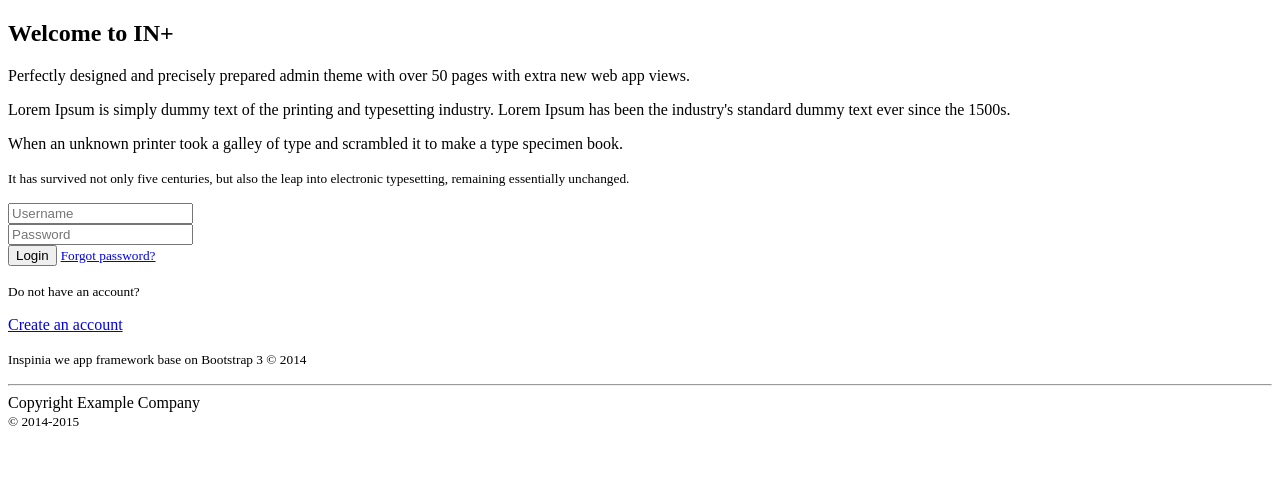
Repository: ndmq03102002/crud_laravel
Page: http://localhost/admin/login
An editor plug-in stored every save of this project. The page is shown before and after the next save, followed by the edit.
The browser window is 1280 px wide. The pictures show the whole page.
The page is served by the project's Laravel application, run on PHP 8.4 with Laravel 10. Other server files are loaded and not shown.

Above is the page before, as saved 2024-07-11 11:00:13.

### routes/web.php
<?php

use App\Http\Controllers\HomeController;
use App\Http\Controllers\AdminController;
use Illuminate\Support\Facades\Route;

/*
|--------------------------------------------------------------------------
| Web Routes
|--------------------------------------------------------------------------
|
| Here is where you can register web routes for your application. These
| routes are loaded by the RouteServiceProvider and all of them will
| be assigned to the "web" middleware group. Make something great!
|
*/

Route::group(['prefix' => ''], function () {
    Route::get('/', [HomeController::class, 'index'])->name('home.index');
});

Route::get('/admin/login', [AdminController::class, 'login'])->name('admin.login');

Route::group(['prefix' => 'admin', 'middleware'=>'auth'], function () {
    Route::get('/', [AdminController::class, 'index'])->name('admin.index');
});

### app/Http/Controllers/AdminController.php
<?php

namespace App\Http\Controllers;

use Illuminate\Http\Request;

class AdminController extends Controller
{
    public function index()
    {
        return view('admin.index');
    }

    public function login()
    {
        return view('admin.login');
    }
}

### resources/views/admin/login.blade.php
<!DOCTYPE html>
<html>

<head>

    <meta charset="utf-8">
    <meta name="viewport" content="width=device-width, initial-scale=1.0">

    <title>INSPINIA | Login 2</title>

    <link href="css/bootstrap.min.css" rel="stylesheet">
    <link href="font-awesome/css/font-awesome.css" rel="stylesheet">

    <link href="css/animate.css" rel="stylesheet">
    <link href="css/style.css" rel="stylesheet">

</head>

<body class="gray-bg">

    <div class="loginColumns animated fadeInDown">
        <div class="row">

            <div class="col-md-6">
                <h2 class="font-bold">Welcome to IN+</h2>

                <p>
                    Perfectly designed and precisely prepared admin theme with over 50 pages with extra new web app views.
                </p>

                <p>
                    Lorem Ipsum is simply dummy text of the printing and typesetting industry. Lorem Ipsum has been the industry's standard dummy text ever since the 1500s.
                </p>

                <p>
                    When an unknown printer took a galley of type and scrambled it to make a type specimen book.
                </p>

                <p>
                    <small>It has survived not only five centuries, but also the leap into electronic typesetting, remaining essentially unchanged.</small>
                </p>

            </div>
            <div class="col-md-6">
                <div class="ibox-content">
                    <form class="m-t" role="form" action="index.html">
                        <div class="form-group">
                            <input type="email" class="form-control" placeholder="Username" required="">
                        </div>
                        <div class="form-group">
                            <input type="password" class="form-control" placeholder="Password" required="">
                        </div>
                        <button type="submit" class="btn btn-primary block full-width m-b">Login</button>

                        <a href="#">
                            <small>Forgot password?</small>
                        </a>

                        <p class="text-muted text-center">
                            <small>Do not have an account?</small>
                        </p>
                        <a class="btn btn-sm btn-white btn-block" href="register.html">Create an account</a>
                    </form>
                    <p class="m-t">
                        <small>Inspinia we app framework base on Bootstrap 3 &copy; 2014</small>
                    </p>
                </div>
            </div>
        </div>
        <hr/>
        <div class="row">
            <div class="col-md-6">
                Copyright Example Company
            </div>
            <div class="col-md-6 text-right">
               <small>© 2014-2015</small>
            </div>
        </div>
    </div>

</body>

</html>

Loaded but not shown: app/Http/Controllers/Controller.php (common file)

After the next save:
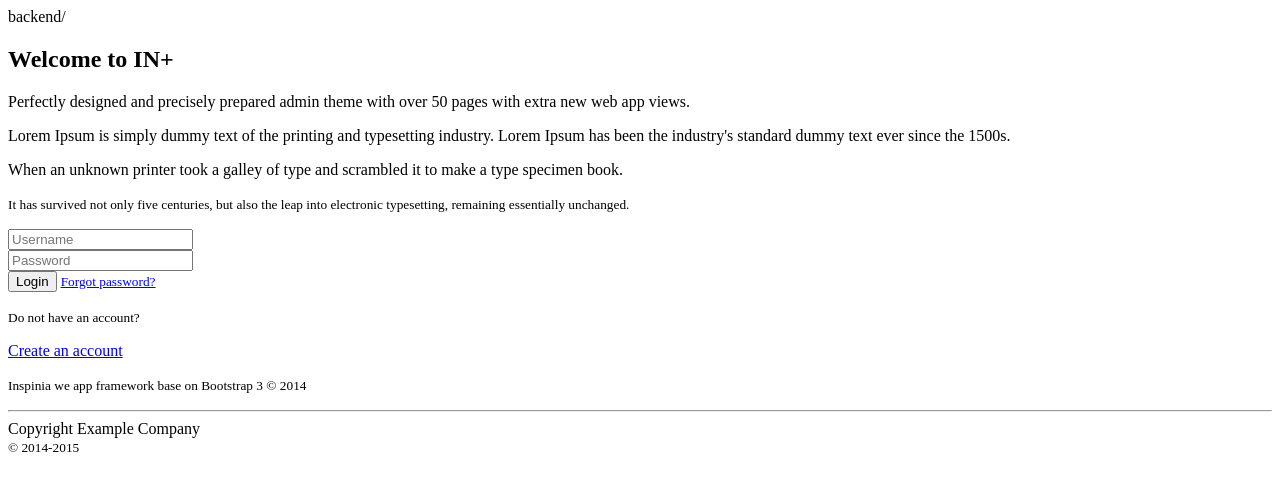
Saved 113 s later.
--- a/resources/views/admin/login.blade.php
+++ b/resources/views/admin/login.blade.php
@@ -8,11 +8,11 @@
 
     <title>INSPINIA | Login 2</title>
 
-    <link href="css/bootstrap.min.css" rel="stylesheet">
-    <link href="font-awesome/css/font-awesome.css" rel="stylesheet">
-
-    <link href="css/animate.css" rel="stylesheet">
-    <link href="css/style.css" rel="stylesheet">
+    <link href="backend/css/bootstrap.min.css" rel="stylesheet">
+    <link href="backend/font-awesome/css/font-awesome.css" rel="stylesheet">
+backend/
+    <link href="backend/css/animate.css" rel="stylesheet">
+    <link href="backend/css/style.css" rel="stylesheet">
 
 </head>
 

After the save that followed:
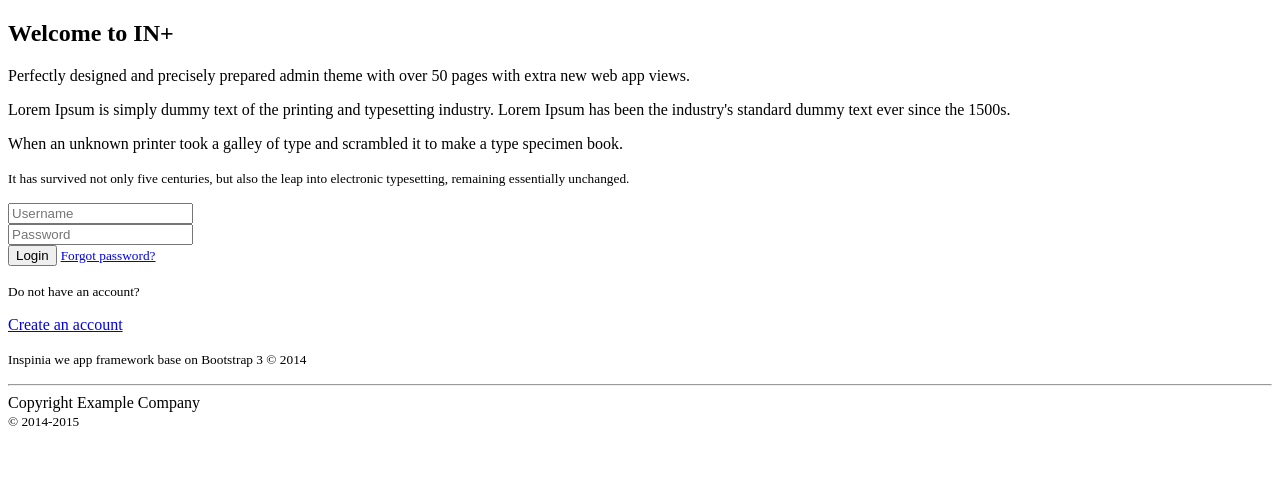
Saved 4 s later.
--- a/resources/views/admin/login.blade.php
+++ b/resources/views/admin/login.blade.php
@@ -10,7 +10,7 @@
 
     <link href="backend/css/bootstrap.min.css" rel="stylesheet">
     <link href="backend/font-awesome/css/font-awesome.css" rel="stylesheet">
-backend/
+
     <link href="backend/css/animate.css" rel="stylesheet">
     <link href="backend/css/style.css" rel="stylesheet">
 
